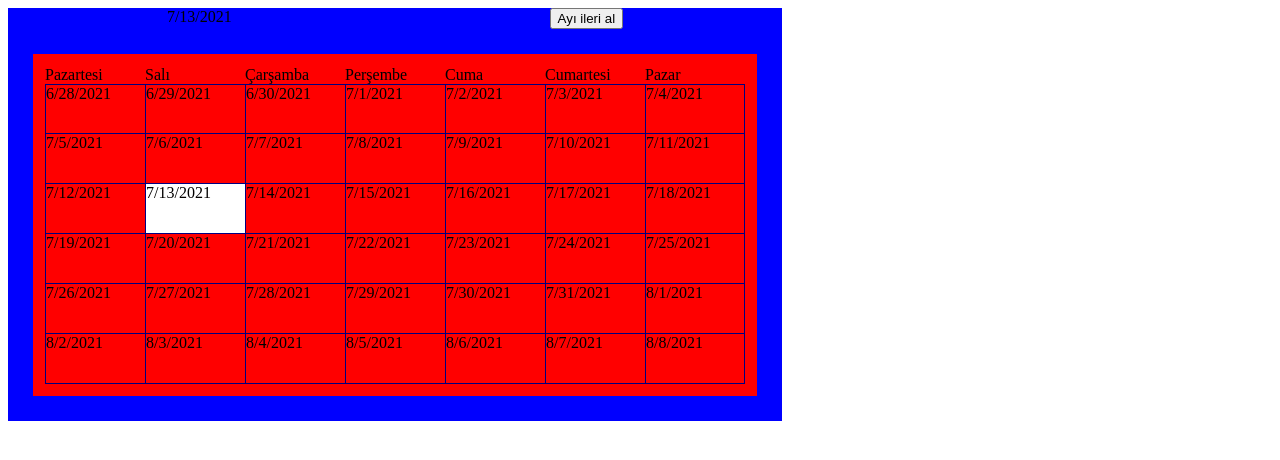
Repository: ahmetbugraozcan/javascript-calendar
Page: tablo.html
An editor plug-in stored every save of this project. The page is shown before and after the next save, followed by the edit.
The browser window is 1280 px wide. The pictures show the whole page.

Above is the page before, as saved 2021-07-13 10:24:18.

After the next save:
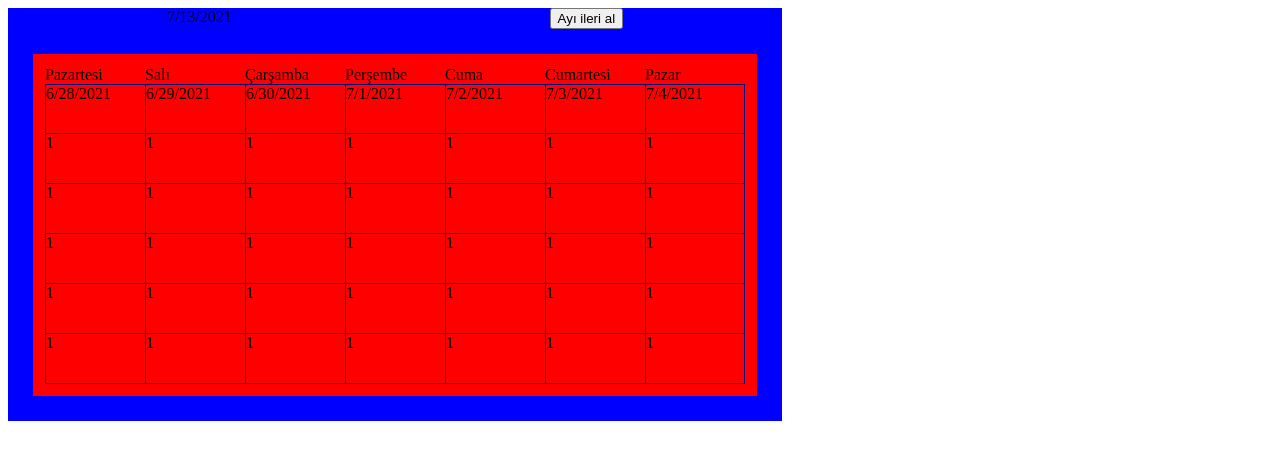
Console error: TypeError: currentDate.toLocaleDateString is not a function
Saved 44 s later.
--- a/tablo.html
+++ b/tablo.html
@@ -151,11 +151,6 @@
         var baslanacakDate = new Date(2021, 6, 1);
 
         fillCalendar();
-
-
-
-        var currentDate = new Date();
-        document.getElementById("currentDate").innerHTML = currentDate.toLocaleDateString();
 
 
 
@@ -191,7 +186,7 @@
             }
         }
         function fillCalendar(){
-            var firstDate = baslanacakDate.getDay();
+        var firstDate = baslanacakDate.getDay();
         if (firstDate == 0) {
             firstDate = 7;
         }
@@ -239,6 +234,9 @@
                     break;
             }
         }
+
+        var currentDate = new Date();
+        document.getElementById("currentDate").innerHTML = currentDate.toLocaleDateString();
         }
         function nextDate(){
             pazar = [];

After the 2 saves that followed:
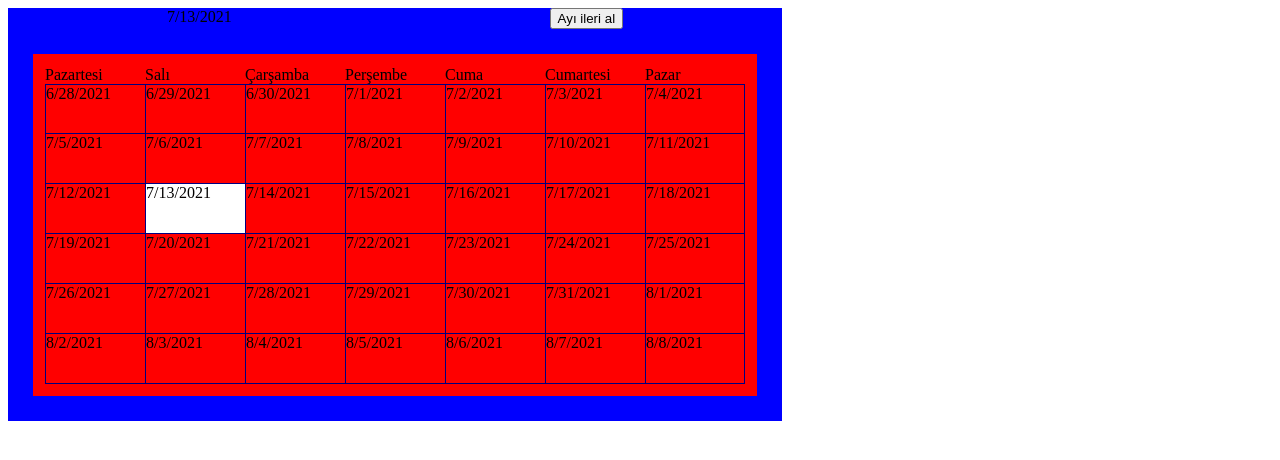
The error is gone.
The 2 saves are shown as one change because 1 left the picture as it was.
The last was saved 69 s later.
--- a/tablo.html
+++ b/tablo.html
@@ -154,6 +154,59 @@
 
 
 
+
+        function fillCalendar(){
+        var firstDate = baslanacakDate.getDay();
+        if (firstDate == 0) {
+            firstDate = 7;
+        }
+        baslanacakDate.setDate((baslanacakDate.getDate()) - (firstDate));
+        // var today = new Date();
+        // var todayWithoutTime = new Date(today.getFullYear(), today.getMonth(), today.getDate() );
+
+
+        var counter = 0;
+        for (let i = 1; i <= 42; i++) {
+            baslanacakDate.setDate((baslanacakDate.getDate()) + (1));
+            // bir tabloda 42 gün var o ayın kaç çektiğini bul bu aydan geriye kaç sayacağız ona bul bu aydan ileri kaç sayacağız onu bul ve ona göre bir date oluştur.
+            //ardından bu for döngüsünü kullan
+
+            // if(baslanacakDate.toDateString() ==  todayWithoutTime.toDateString()){
+            //     console.log("bugün eşitlendi : " + i);
+            //     counter = i;
+            // }
+
+            switch (baslanacakDate.getDay()) {
+                case 0:
+                    pazar.push(baslanacakDate.toLocaleDateString());
+
+                    break;
+                case 1:
+                    pazartesi.push(baslanacakDate.toLocaleDateString());
+                    break;
+                case 2:
+                    sali.push(baslanacakDate.toLocaleDateString());
+                    break;
+                case 3:
+                    carsamba.push(baslanacakDate.toLocaleDateString());
+                    break;
+
+                case 4:
+                    persembe.push(baslanacakDate.toLocaleDateString());
+                    break;
+
+                case 5:
+                    cuma.push(baslanacakDate.toLocaleDateString());
+                    break;
+
+                case 6:
+                    cumartesi.push(baslanacakDate.toLocaleDateString());
+                    break;
+            }
+        }
+
+        var currentDate = new Date();
+        document.getElementById("currentDate").innerHTML = currentDate.toLocaleDateString();
         for (let i = 0; i < 6; i++) {
             document.getElementById(`pazar${i}`).innerHTML = pazar[i];
             document.getElementById(`pazartesi${i}`).innerHTML = pazartesi[i];
@@ -185,58 +238,6 @@
                 document.getElementById(`cumartesi${i}`).style.backgroundColor = "white";
             }
         }
-        function fillCalendar(){
-        var firstDate = baslanacakDate.getDay();
-        if (firstDate == 0) {
-            firstDate = 7;
-        }
-        baslanacakDate.setDate((baslanacakDate.getDate()) - (firstDate));
-        // var today = new Date();
-        // var todayWithoutTime = new Date(today.getFullYear(), today.getMonth(), today.getDate() );
-
-
-        var counter = 0;
-        for (let i = 1; i <= 42; i++) {
-            baslanacakDate.setDate((baslanacakDate.getDate()) + (1));
-            // bir tabloda 42 gün var o ayın kaç çektiğini bul bu aydan geriye kaç sayacağız ona bul bu aydan ileri kaç sayacağız onu bul ve ona göre bir date oluştur.
-            //ardından bu for döngüsünü kullan
-
-            // if(baslanacakDate.toDateString() ==  todayWithoutTime.toDateString()){
-            //     console.log("bugün eşitlendi : " + i);
-            //     counter = i;
-            // }
-
-            switch (baslanacakDate.getDay()) {
-                case 0:
-                    pazar.push(baslanacakDate.toLocaleDateString());
-
-                    break;
-                case 1:
-                    pazartesi.push(baslanacakDate.toLocaleDateString());
-                    break;
-                case 2:
-                    sali.push(baslanacakDate.toLocaleDateString());
-                    break;
-                case 3:
-                    carsamba.push(baslanacakDate.toLocaleDateString());
-                    break;
-
-                case 4:
-                    persembe.push(baslanacakDate.toLocaleDateString());
-                    break;
-
-                case 5:
-                    cuma.push(baslanacakDate.toLocaleDateString());
-                    break;
-
-                case 6:
-                    cumartesi.push(baslanacakDate.toLocaleDateString());
-                    break;
-            }
-        }
-
-        var currentDate = new Date();
-        document.getElementById("currentDate").innerHTML = currentDate.toLocaleDateString();
         }
         function nextDate(){
             pazar = [];
@@ -248,7 +249,7 @@
             cumartesi = [];
             baslanacakDate.setMonth(baslanacakDate.month+1);
             console.log(baslanacakDate);
-                }
+            fillCalendar();                }
     </script>
 
 
